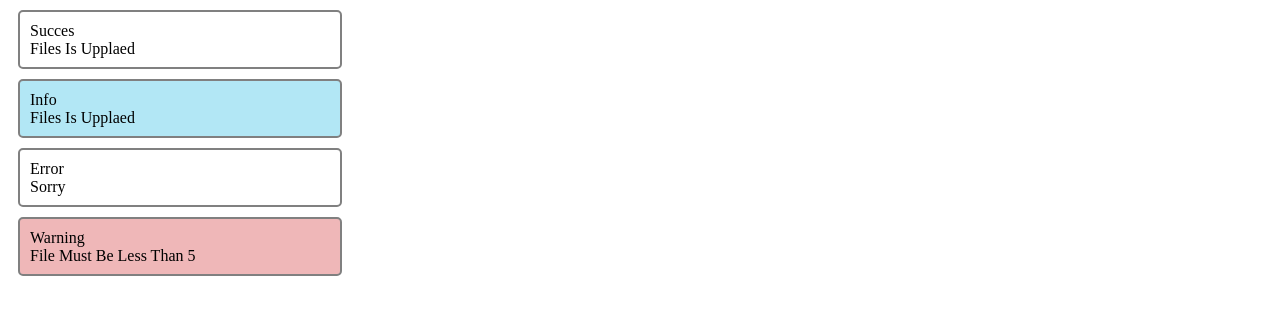
Repository: Fariaddd/javascript-1-module-3
Page: lesson2/6-reusable-html-function/index.html
The author's editor kept a copy of each file at every save. The page is drawn from the files as they stood at one save, then again after the next save.
The browser window is 1280 px wide. The pictures show the whole page.

Above is the page before, as saved 2022-02-08 14:18:34.

After the next save:
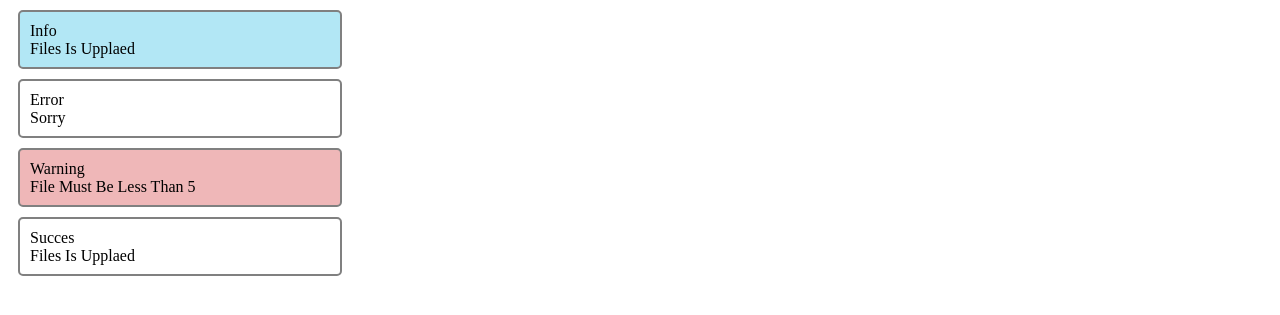
Saved 26 s later.
--- a/lesson2/6-reusable-html-function/index.js
+++ b/lesson2/6-reusable-html-function/index.js
@@ -1,4 +1,4 @@
-const messageSuccessContainer = document.querySelector(".message-container");
+const messageSuccessContainer = document.querySelector(".message-success");
 const messageInfoContainer = document.querySelector(".message-info");
 const messageErrorContainer = document.querySelector(".message-error");
 const messageWarningContainer = document.querySelector(".message-warning");
